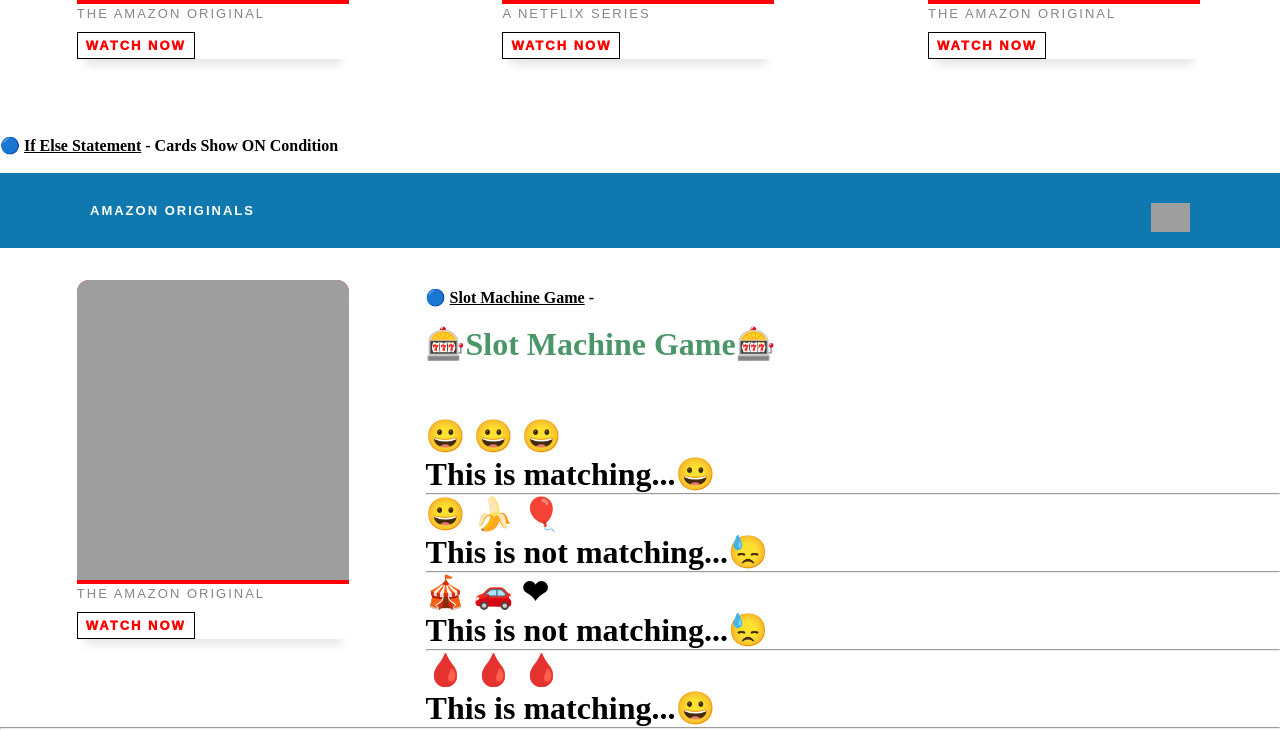
Repository: AalokJadhav/Being_ReactJS
Page: /
An editor plug-in stored every save of this project. The page is shown before and after the next save, followed by the edit.
The browser window is 1280 px wide. The pictures show the part of the page from y = 2507 to 3237 px (the page is 3237 px tall before and 3224 px after).
Pictures or frames that could not be fetched are drawn as grey boxes. Some web fonts or font styles are not loaded; a fallback is used. The project was rebuilt for these pictures with package versions that can differ from the ones it lists, and the page was loaded fresh each time.

Above is the page before, as saved 2021-10-19 21:16:33.

### public/index.html
<!DOCTYPE html>
<html lang="en">

<head>
  <meta charset="utf-8" />
  <link rel="icon" href="%PUBLIC_URL%/favicon.ico" />
  <meta name="viewport" content="width=device-width, initial-scale=1" />
  <meta name="theme-color" content="#000000" />
  <meta name="description" content="Web site created using create-react-app" />
  <link rel="apple-touch-icon" href="%PUBLIC_URL%/logo192.png" />
  <!--
      manifest.json provides metadata used when your web app is installed on a
      user's mobile device or desktop. See https://developers.google.com/web/fundamentals/web-app-manifest/
    -->
  <link rel="manifest" href="%PUBLIC_URL%/manifest.json" />
  <link rel="preconnect" href="https://fonts.googleapis.com">
  <link rel="preconnect" href="https://fonts.gstatic.com" crossorigin>
  <link rel="preconnect" href="https://fonts.googleapis.com">
  <link rel="preconnect" href="https://fonts.gstatic.com" crossorigin>
  <link href="https://fonts.googleapis.com/css2?family=Festive&display=swap" rel="stylesheet">
    <!--
      Notice the use of %PUBLIC_URL% in the tags above.
      It will be replaced with the URL of the `public` folder during the build.
      Only files inside the `public` folder can be referenced from the HTML.

      Unlike "/favicon.ico" or "favicon.ico", "%PUBLIC_URL%/favicon.ico" will
      work correctly both with client-side routing and a non-root public URL.
      Learn how to configure a non-root public URL by running `npm run build`.
    -->
  <title>Being React</title>
</head>

<body>
  <noscript>You need to enable JavaScript to run this app.</noscript>
  <div id="root"></div>
  <!--
      This HTML file is a template.
      If you open it directly in the browser, you will see an empty page.

      You can add webfonts, meta tags, or analytics to this file.
      The build step will place the bundled scripts into the <body> tag.

      To begin the development, run `npm start` or `yarn start`.
      To create a production bundle, use `npm run build` or `yarn build`.
    -->
</body>

</html>

### src/index.js
// var React = require ('react');
// var ReactDom = require ('react-dom');

import React from 'react';
import ReactDom from 'react-dom';
import './index.css';
import App from './App';


ReactDom.render(<App />, document.getElementById('root'));

### src/index.css

*{margin: 0; padding: 0; box-sizing: border-box;};


.h3 {
  padding-left: 0%;
}
/* Style the header with a grey background and some padding */
.header {
  overflow: hidden;
  background-color: black;
  padding: 20px 10px;
}

/* Style the header links */
.header a {
  float: left;
  color: #fff;
  text-align: center;
  padding: 12px;
  text-decoration: none;
  font-size: 18px;
  line-height: 25px;
  border-radius: 4px;
}

/* Style the logo link (notice that we set the same value of line-height and font-size to prevent the header to increase when the font gets bigger */
.header a.logo {
  font-size: 25px;
  font-weight: bold;
  font-family: cursive;
  color: #61dafb;
}

/* Style the active/current link*/
.active {
  line-height: 50px;
}

/* Float the link section to the right */
.header-right {
  float: right;
}

.heart {
	font-size: 25px;
	color: #e00;
	animation: beat .25s infinite alternate;
	transform-origin: center;
}

/* Heart beat animation */
@keyframes beat{
	to { transform: scale(1.4); }
}

.googlefont {
  font-family: 'Festive', cursive;
}
/* Add media queries for responsiveness - when the screen is 500px wide or less, stack the links on top of each other */
@media screen and (max-width: 500px) {
  .header a {
    float: none;
    display: block;
    text-align: left;
  }
  .header-right {
    float: none;
  }
}

.img_div img{
  width: 33%;
  height: 5%;
  margin: auto;
  padding-left: 2%;
}

.content {
  padding-left: 2%;
}
.sHeading1 {
  text-align: center;
}

.challenge1 {
  background-color: rgb(137, 191, 212);
  width: 40%;
  height: 20vh;
  display: flex;
  justify-content: center;
  align-items: center;
  margin-top: -0px;
  margin-left: 25px;
  border-radius: 20px;
}

.heading_styleN  {
  padding: 30px 0;
  padding-left: 90px;
  text-align: left;
  font-family: "Raleway", sans-serif;
  text-transform: uppercase;
  font-size: 13px;
  letter-spacing: 2px;
  font-weight: 5000;
  color: red;
  background-color: black;
  font-size: 1.rem;
  margin-bottom: -50px;
}

.netflixlogo {
  height: 29px;
  float: right;
  padding-right: 90px;

}
.heading_styleA  {
  padding: 30px 0;
  padding-left: 90px;
  text-align: left;
  font-family: "Raleway", sans-serif;
  text-transform: uppercase;
  font-size: 13px;
  letter-spacing: 2px;
  font-weight: 5000;
  color: white;
  background-color: #0f79af;
  font-size: 1.rem;
  margin-bottom: -50px;
}

.primelogo {
  height: 29px;
  float: right;
  padding-right: 90px;
}

.cards {
  width: 100%;
  height: auto;
}

.card {
  margin: 6%;
  transition: all 0.4s cubic-bezier(0.175, 0.885, 0, 1);
  width: 21.25%;
  border-radius: 12px;
  background-color: red;
  box-shadow: 0px 13px 10px -7px rgb(0, 0, 0, 0.1);
  float: left;
}

.card:hover {
  box-shadow: 0px 30px 18px  -8px  rgb(0, 0, 0, 0.1);
  transform: scale(1.05, 1.05);
  background-color: green;

}
.card__img {
  width: 100%;
  height: 300px;
  border-top-left-radius: 12px;
  border-top-right-radius: 12px;

}

.card__info {
  background-color: #fff;
  border-bottom-left-radius: 12px;
  border-bottom-left-radius: 12px;
  background-color: #fff;
}

.card__category {
  font-family: "Raleway", sans-serif;
  text-transform: uppercase;
  font-size: 13px;
  letter-spacing: 2px;
  font-weight: 500;
  color: #868686;
  background-color: #fff;


}

.card__title {
  margin-top: 5px;
  margin-bottom: 10px;
  text-transform: capitalize;
  font-family: "Raleway", sans-serif;
  background-color: #fff;

}

button {
  padding: 5px 8px;
  font-family: "Raleway", sans-serif;
  text-transform: uppercase;
  font-size: 13px;
  letter-spacing: 2px;
  font-weight: 1000;
  color: red;
  background-color: #fff;
  outline: none;
  border: 1px solid black;
  cursor: pointer;
}

.flash{
  animation:blinkingText 1.2s infinite;
}
@keyframes blinkingText{
  0%{     color: blue;    }
  49%{    color: chartreuse; }
  60%{    color: red; }
  99%{    color:turquoise;  }
  100%{   color: #000;    }
}

### src/App.js
import React from "react";
import './index.css';

import Navbar from './Header'
import List from "./List";
import CurrentDate from "./CurrentDate";
import RandomImages from "./RandomImages";
import InlineCss from "./InlineCss";
import SimpleGreeting from './SimpleGreeting';
import GoogleFont from "./GoogleFont";
import RComponents from "./RComponents";
import NetflixCard from "./NetflixCard";
import IfElse from "./IfElse";
import SlotMachine from "./SlotMechine";


function App() {

  return (
    <>
      <Navbar /><br /><br /><br /><br />
      <h4>Hello  World From ReactJS...✋</h4><br />
      <CurrentDate />
      <RandomImages />
      <InlineCss /> <br />
      <GoogleFont />
      <SimpleGreeting />
      <List />
      <RComponents />
      <NetflixCard />
      <IfElse /><br /><br /><br /><br /><br />
      <SlotMachine />
    </>
  );
}



export default App;


//In Pure JavaScript
var h3 = document.createElement('h3');
h3.innerHTML = 'Hello  World From Pure JavaScript...❤❤❤';
document.getElementById('root').appendChild(h3);

### src/Header.jsx
import React from "react";




function Navbar() {

  return (
    <>
    <div className="header">
        <a href="#default" className="logo"><span style={{ color: 'white'}}>Being</span> &nbsp;
        <img src="data:[embedded picture, 514 characters]" alt="" height="20"  />
           &nbsp; React</a>
      <div className="header-right">
        <h5 className="active" style={{ color: 'white'}}>Made with <span className="heart">&#x2665;</span> by Alok Jadhav</h5>
        </div>
      </div>
    </>
  );
}
export default Navbar;

### src/List.jsx
import React from "react";
import './index.css';

function List() {
  return (
    <>

      <div className="content">
      <h3>Netflix Top Series</h3>
        <ol>
          <li>Stranger Things</li>
          <li>Dark</li>
          <li>Money Heiest</li>
          <li>Elite</li>
          <li>Ozark</li>
        </ol>
      </div>
      <br />
    </>
  );
}

export default List;

### src/CurrentDate.jsx
import React from "react";


const fullDate = new Date();
const date = fullDate.toLocaleDateString();
const time = fullDate.toLocaleTimeString();


function CurrentDate() {
    return (
        <>
        <h4>🔵 <u>Display Current date and time in JSX</u> -</h4><br />
        <div className="content">
          <p>Current Date is {`${date}`} </p>
          <p>Current Time is {`${time} `} </p>
        </div>
        <br />
        </>
    );
  }

export default CurrentDate;

### src/RandomImages.jsx
import React from "react";
import './index.css';

const RandomImgUrl = 'https://picsum.photos/2000';
const RandomImgUrl1 = 'https://picsum.photos/900';
const RandomImgUrl2 = 'https://picsum.photos/800';

function RandomImages() {
  return (
    <>
    <h4>🔵 <u>JSX Attributes for random image</u> -</h4><br />
  <div className="img_div">
    <img src={RandomImgUrl} alt='random image1' />
    <img src={RandomImgUrl1} alt='random image2' />
    <img src={RandomImgUrl2} alt='random image3' />
  </div>
  <br />
  </>
  );
}

export default RandomImages;

### src/InlineCss.jsx
function InlineCss() {
    return (
        <>
            <h4 >🔵 <u>Inline or Internal CSS Styling</u> -</h4><br/>
            <div className="content">
            <h3>Being <span style={{ color: '#61dafb', fontFamily: 'serif' }}>ReactJs</span> </h3>
            </div>
        </>
    )
}

export default InlineCss;

### src/SimpleGreeting.jsx
const CurrDate = new Date(2021, 14, 10, 9);
const hour = CurrDate.getHours();
let greeting = '';

const cssStyle = {}

if (hour >= 1 && hour < 12) {
    greeting = 'Good Mooring..🙂';
    cssStyle.color = 'green';
} else if (hour >= 12 && hour < 19) {
    greeting = 'Good Afternoon..🙄';
    cssStyle.color = 'orange';
} else {
    greeting = 'Good Night..😴';
}

function SimpleGreeting() {
    return (
        <>
            <h4>🔵 <u>Challenge</u> - As Timeline change the expression of farewell (ie.Good Morning/Afternoon/Night)</h4><br />
            <div className="challenge1">
                <h1>Hello World...<span style={cssStyle}> {greeting}</span></h1>
            </div>
            <br />
        </>
    )
}

export default SimpleGreeting;

### src/GoogleFont.jsx
import React from "react";
import './index.css';


function GoogleFont() {
  return (
    <>
    <h4>🔵 <u>How to use Google Font</u> -  see font link in index.html </h4><br/>
  <div className="content">
    <h4 className="googlefont">Use Google font in React </h4>
  </div>
  <br />
  </>
  );
}

export default GoogleFont;

### src/RComponents.jsx
import React from 'react';
import Title from './Title';
import AllCharacter from './AllCharacter';

function RComponents() {
    return (
        <>
            <h4>🔵 <u>React Components</u> - Seprate Piece of code into Components</h4><br />
            <Title />
            <br />
            <AllCharacter />
            <br />
        </>
    )
}

export default RComponents;

### src/NetflixCard.jsx
import React from "react";
import Card from "./Card";
import Sdata from "./Sdata";
import Title from "./Title";

function NetflixCard() {

    return (
        <>
            <h4>🔵 <u>Props & Array with Map Arrow Function</u> - Netflix Card</h4><br />
            <Title /><br />
            {/* <h1 className="heading_styleN" >Netflix Favorite  Series</h1> */}
            {Sdata.map((val, index) => {
                console.log(index);
                return (
                    <Card
                        key={val.id}
                        imgsrc={val.imgsrc}
                        title={val.title}
                        sname={val.sname}
                        link={val.link} />
                )
            })
            }
        </>
    )
}

export default NetflixCard;

### src/IfElse.jsx
import React from "react";
import Card from "./Card";
import Sdata from "./Sdata";

const FavSeries = 'netflix';

function IfElse() {
    if (FavSeries === 'netflix') {
        return (
            <>
                <h4>🔵 <u>If Else Statement</u> - Cards Show ON Condition</h4><br />
                <h1 className="heading_styleA" >Amazon Originals <img className="primelogo" src='https://upload.wikimedia.org/wikipedia/commons/thumb/1/11/Amazon_Prime_Video_logo.svg/800px-Amazon_Prime_Video_logo.svg.png'></img> </h1>
                <Card
                    key={Sdata[1].id}
                    imgsrc={Sdata[1].imgsrc}
                    title={Sdata[1].title}
                    sname={Sdata[1].sname}
                    link={Sdata[1].link} />

            </>
        )
    } else {
        return (
            <>
                <br />
                <h4>🔵 <u>If Else Statement</u> - Cards Show with Condition</h4><br />
                <h1 className="heading_styleN" >A Netflix Originals <img className="netflixlogo" src='https://upload.wikimedia.org/wikipedia/commons/thumb/0/08/Netflix_2015_logo.svg/799px-Netflix_2015_logo.svg.png'></img> </h1>
                <Card
                    key={Sdata[2].id}
                    imgsrc={Sdata[2].imgsrc}
                    title={Sdata[2].title}
                    sname={Sdata[2].sname}
                    link={Sdata[2].link} />

            </>
        )



    }

}

export default IfElse;

### src/SlotMechine.jsx
import React from "react";

const SlotM = (props) => {

    let x = props.x;
    let y = props.y;
    let z = props.z;

    if ((x === y) && (y === z)) {
        return (
            <>
                <div className="slot_inner">
                    <h1>
                        {x} {y} {z}
                    </h1>
                    <h1> This is matching...😀</h1>
                </div>
            </>
        )
    } else {
        return (
            <>
                <div className="slot_inner">
                    <h1>
                        {x} {y} {z}
                    </h1>
                    <h1> This is not matching...😓</h1>
                </div>
            </>
        )
    }
}

const SlotMachine = () => {
    return (
        <>
            <h4>🔵 <u>Slot Machine Game</u> - </h4><br />
            <h1 className="heading_style"> 🎰<span className="flash">Slot Machine Game</span>🎰</h1>
            <br /><br /><br />
            <div className="slotmachine">
                <SlotM x="😀" y="😀" z="😀" />
                <hr />
                <SlotM x="😀" y="🍌" z="🎈" />
                <hr />
                <SlotM x="🎪" y="🚗" z="❤" />
                <hr />
                <SlotM x="🩸" y="🩸" z="🩸" />
                <hr />
            </div>
        </>
    )
}

export default SlotMachine;

### src/Title.jsx
import React from "react";


function Title() {
    return (
        <div className="sHeading1">
            <h2><span style={{color: 'red'}}>Netflix</span> & <span style={{color: '#0f79af'}}>Amazon</span> Top Series</h2>
        </div>

    )
}



export default Title;

### src/AllCharacter.jsx
// import { FullName } from './FullName';



const Characters = ['Ross', 'Rachel', 'Monica', 'Joey', 'Chandler', 'Phoebe'];
const AllCharacters = [];

let name = 'Alok Jadhav';
const Myname = name

Characters.forEach(function (data) {
  AllCharacters.push(<li>{data}</li>);
});

function AllCharacter() {
  return (
    <>
      <h4>🔵 <u>ES6 Modules, function Import Export</u> - </h4><br />
      <div className="content">
        <h3>F.R.I.E.N.D.S Characters</h3>
        <ol className="content">
          <li>{AllCharacters}</li>
        </ol>
        <br />
        <h3>{Myname}</h3>
      </div>
    </>
  )
}

export default AllCharacter;

### src/Card.jsx
import React from "react";
import Images from "./CardImages";
import NcardHeading from "./NcardHeading";

function Card(props) {
    return (
      <>
        <div className="cards">
          <div className="card">
            <Images  imgsrc={props.imgsrc}/>
            <div className="card__info">
              <span className="card__category">{props.title}</span>
              <NcardHeading sname={props.Sname} />
              <a href={props.link} target="_blank" rel="noreferrer">
                <button>Watch Now</button>
              </a>
            </div>
          </div>
        </div>
      </>
    )
  }

  export default Card;

### src/Sdata.jsx
const Sdata = [
  {
    id: 1,
    imgsrc:
      "http://cdn.shopify.com/s/files/1/0151/0741/products/pg1004_1024x1024.jpg?v :1578633269",
    title: "A Netflix Series",
    sname: "F.R.I.E.N.D.S",
    link: "https://www.netflix.com/in/title/70153404",
  },
  {
    id: 2,
    imgsrc: "https://talenthouse-res.cloudinary.com/image/upload/c_limit,fl_progressive,h_1280,w_1280/v1542188034/user-849291/submissions/mfa0no5fxv0d2t40jgpt.jpg",
    title: "The Amazon Original",
    sname: "Mirzapur",
    link: "https://www.primevideo.com/detail/Mirzapur/0PDOKMV9CRLOMO5EUKNCUJLG4Q",
  },
  {
    id: 3,
    imgsrc: "https://wallpapercave.com/wp/wp4056407.jpg",
    title: "A Netflix Series",
    sname: "Dark",
    link: "https://www.netflix.com/in/title/80100172",
  },
  {
    id: 4,
    imgsrc: "https://i1.wp.com/urbanasian.com/wp-content/uploads/2021/01/C5171E29-D5A4-4E14-99B2-CA462FC48FA2.png?fit=525%2C453&ssl=1",
    title: "The Amazon Original",
    sname: "The Family Man",
    link: "https://www.primevideo.com/detail/The-Family-Man/0H3DDB4KBJFNDCKKLHNRLRLVKQ",
  },
  {
    id: 5,
    imgsrc: "https://wallpapercave.com/wp/wp1839578.jpg",
    title: "A Netflix Series",
    sname: "Stranger Things",
    link: "https://www.netflix.com/in/title/80057281",
  },
  {
    id: 6,
    imgsrc: "https://www.91-cdn.com/hub/wp-content/uploads/2021/07/Paatal-Lok-highest-rated-Hindi-web-series-to-watch-on-Amazon-Prime-Video.jpg?tr=q-100",
    title: "The Amazon Original",
    sname: "Paatal Lok",
    link: "https://www.primevideo.com/detail/Paatal-Lok/0G9IEOHCN8KMY6COD9ILGH7IY5",
  },
];

export default Sdata;

### src/CardImages.jsx
import React from "react";

const Images = (props) => {
    return <img src={props.imgsrc} alt="friends" className="card__img"  />

};

export default Images;

### src/NcardHeading.jsx
import React from "react";

const NcardHeading = (props) => {
  return  <h3 className="card__title">{props.Sname}</h3>
}

export default NcardHeading;

After the next save:
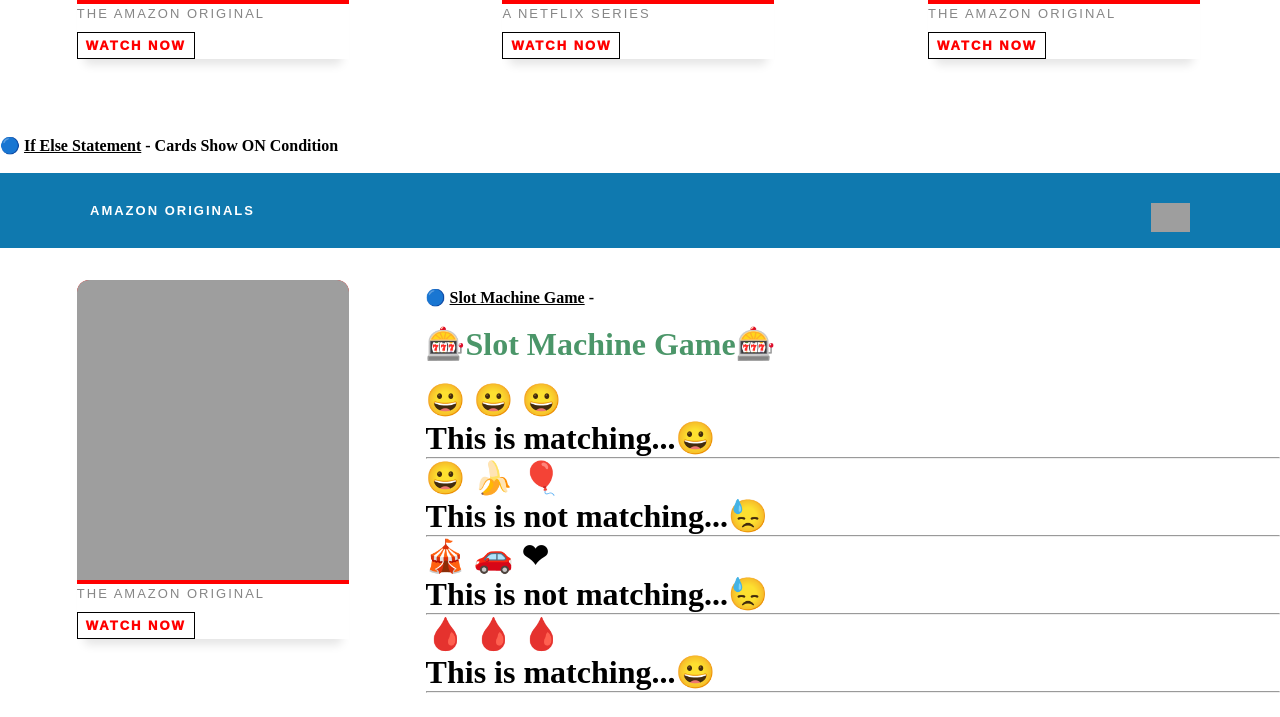
Saved 41 s later.
--- a/src/SlotMechine.jsx
+++ b/src/SlotMechine.jsx
@@ -36,7 +36,7 @@
         <>
             <h4>🔵 <u>Slot Machine Game</u> - </h4><br />
             <h1 className="heading_style"> 🎰<span className="flash">Slot Machine Game</span>🎰</h1>
-            <br /><br /><br />
+            <br />
             <div className="slotmachine">
                 <SlotM x="😀" y="😀" z="😀" />
                 <hr />
